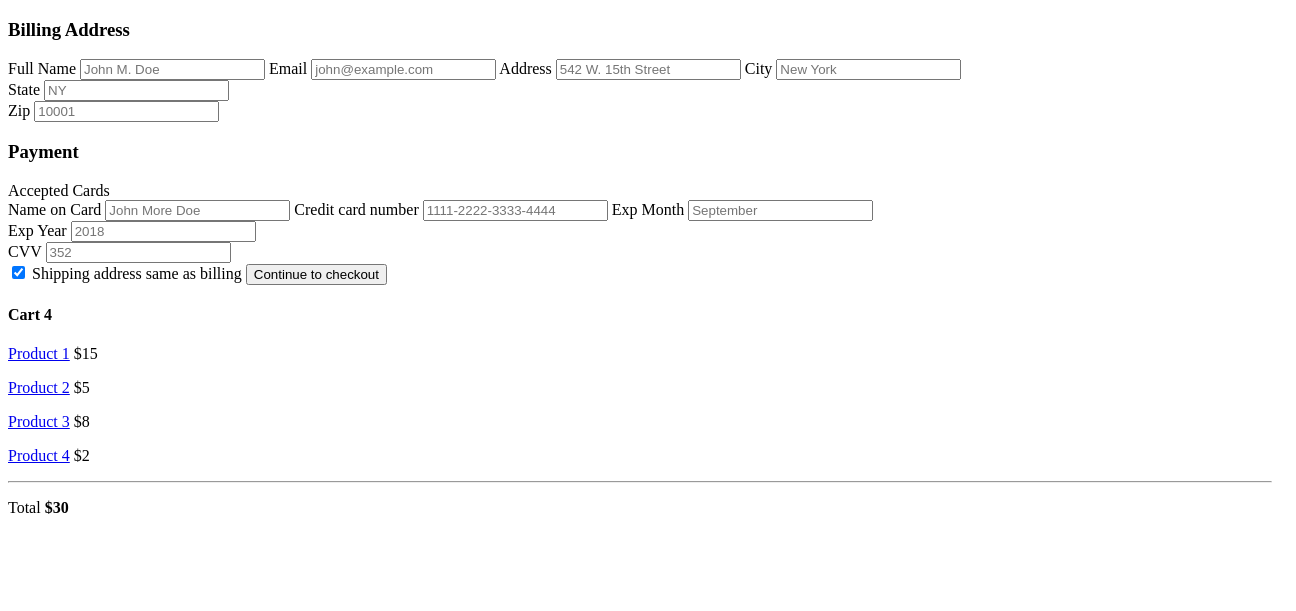
Repository: vksh-chandra/Travel-Tourism
Page: tatms/src/main/webapp/payment.html
An editor plug-in stored every save of this project. The page is shown before and after the next save, followed by the edit.
The browser window is 1280 px wide. The page is 1280 px wide, then 1296 px, so the pictures cover 1296 px, including what lies to the right of the window. The pictures show the whole page.

Above is the page before, as saved 2022-07-19 08:56:56.

After the next save:
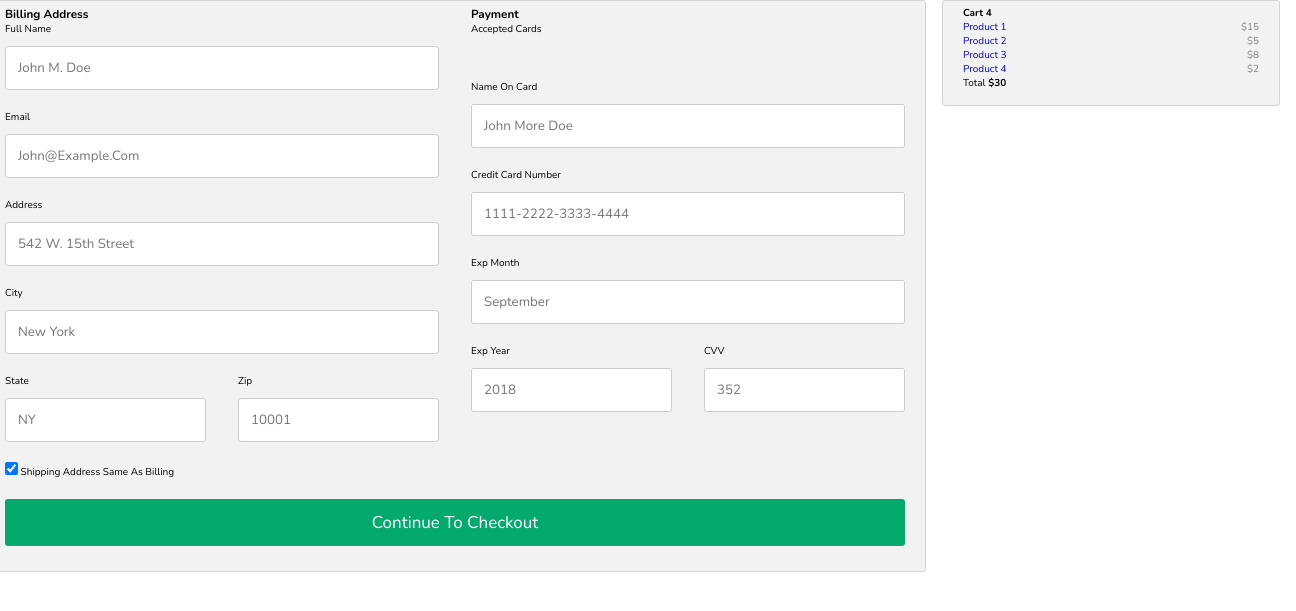
Saved 70 s later.
--- a/tatms/src/main/webapp/payment.html
+++ b/tatms/src/main/webapp/payment.html
@@ -3,6 +3,7 @@
 <head>
 <meta charset="UTF-8">
 <title>Payment</title>
+<link rel="stylesheet" type="text/css" href="style.css">
 </head>
 <body>
 	<div class="prow">
